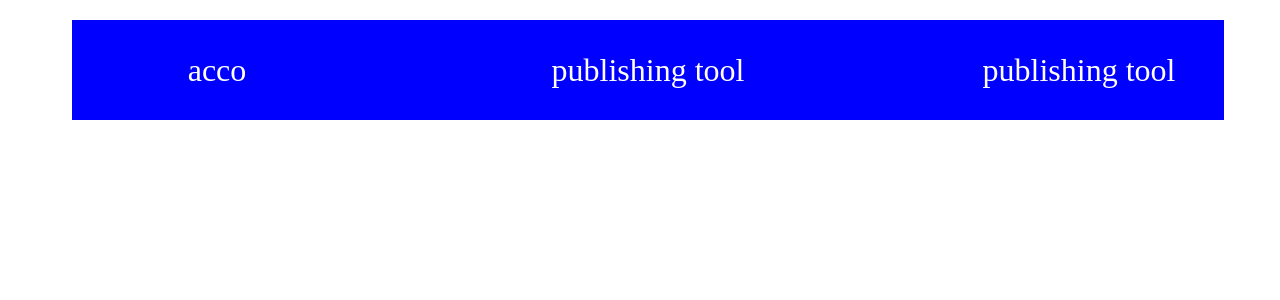
Repository: wimkinnet/Acco_Publish
Page: index.html
The author's editor kept a record of every edit. The page is drawn from the files as they stood at one moment, then again after the next edit.
The browser window is 1280 px wide. The pictures show the whole page.

Above is the page before.

After the next edit:
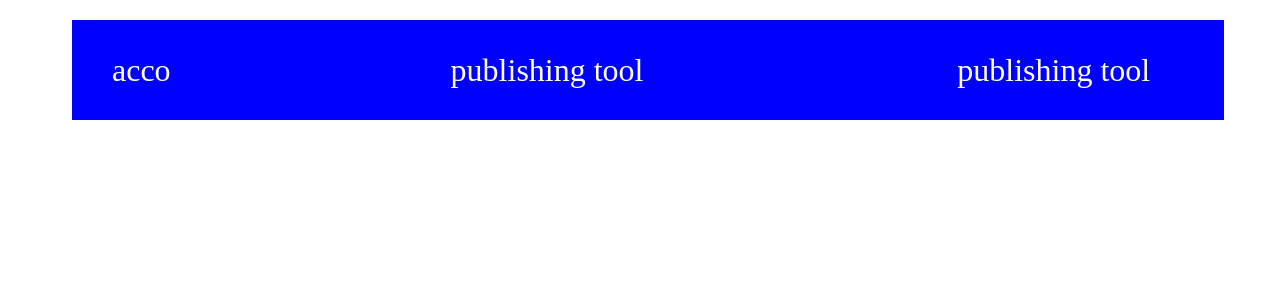
The edit:
--- a/index.html
+++ b/index.html
@@ -32,7 +32,7 @@
     <div class="page-header">
       <table>
         <tr>
-          <td width="25%">
+          <td width="10%">
             <a href="http://www.acco.be" target="_blank" >acco</a>
           </td>
           <td width="50%">
